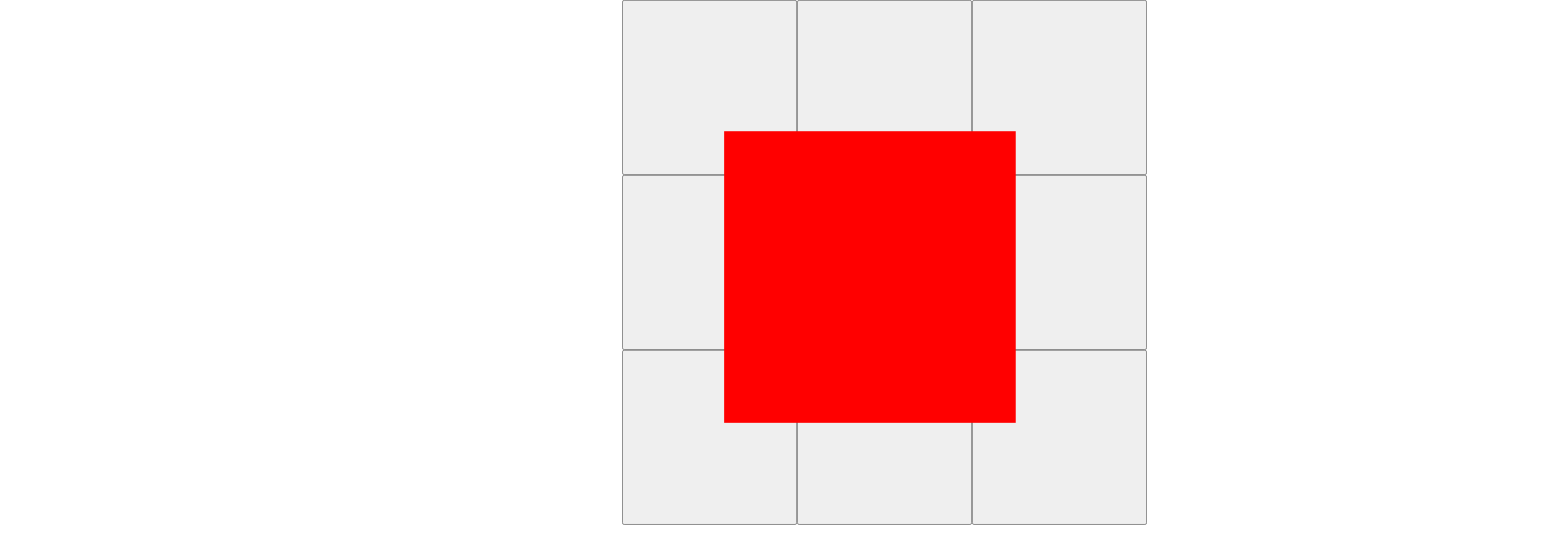
Repository: napan24/tic-tac-toe
Page: /
An editor plug-in stored every save of this project. The page is shown before and after the next save, followed by the edit.
The browser window is 1920 px wide. The pictures show the whole page, at 81% of full size.
The project was rebuilt for these pictures with package versions that can differ from the ones it lists, and the page was loaded fresh each time. Also part of the build but not shown: src/App.css.

Above is the page before, as saved 2022-06-14 17:09:37.

After the next save:
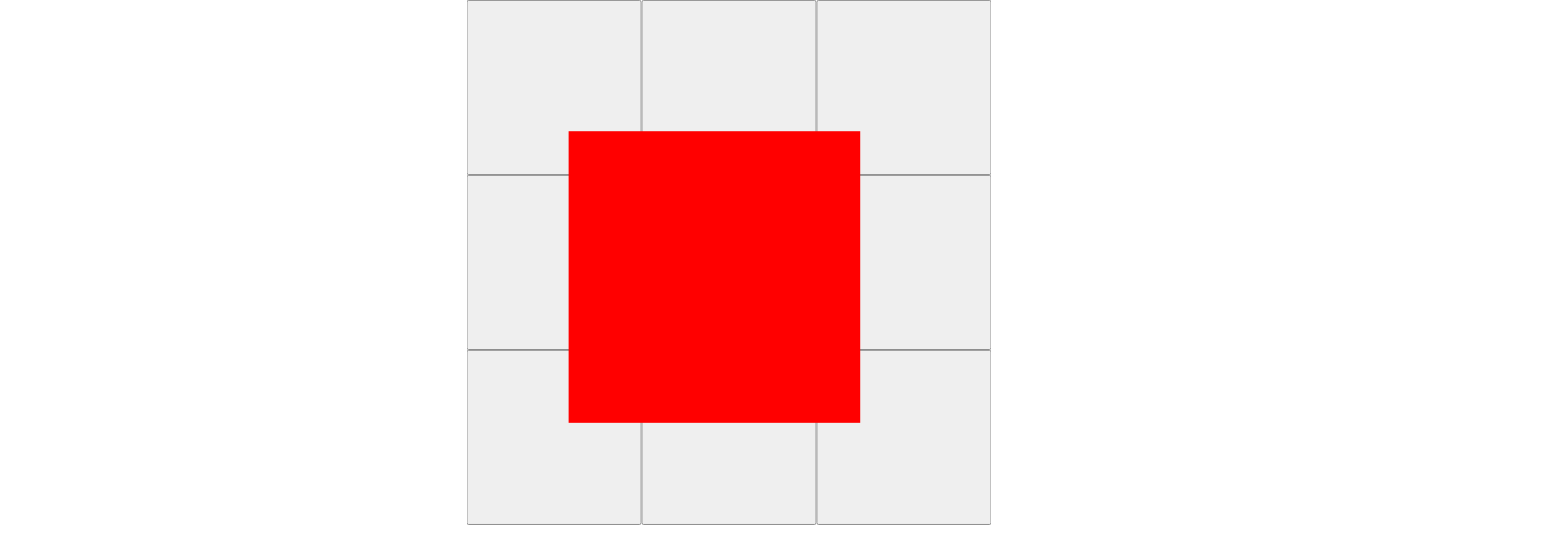
Saved 5 s later.
--- a/src/tik.css
+++ b/src/tik.css
@@ -8,7 +8,7 @@
 @media (max-width:2560px) and (min-width:1601px){
     #mainblock{
         position: relative;
-        left:40vw;
+        left:30vw;
         display: inline-block;
     }
 }
